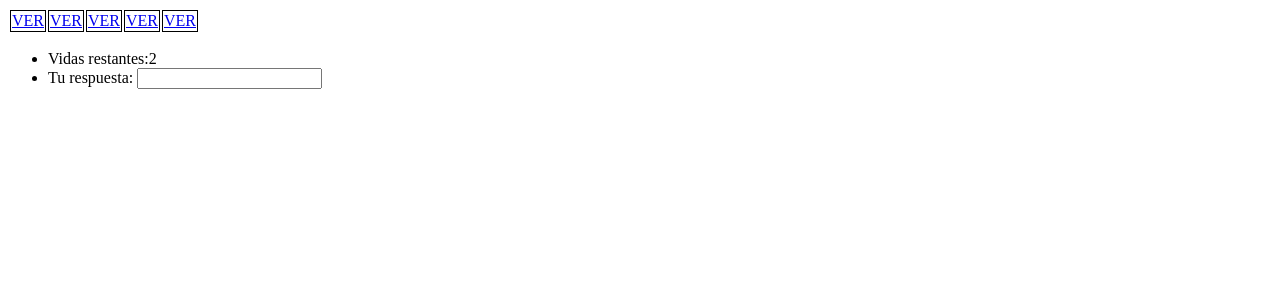
Repository: iruneguinea9/Servidor-Java
Page: http://localhost/PPalabraSecreta/palabra.jsp
An editor plug-in stored every save of this project. The page is shown before and after a run of saves, followed by the edit.
The browser window is 1280 px wide. The pictures show the whole page.
The page is served by Tomcat 10.

Above is the page before, as saved 2023-12-04 09:43:07.

After the next 2 saves:
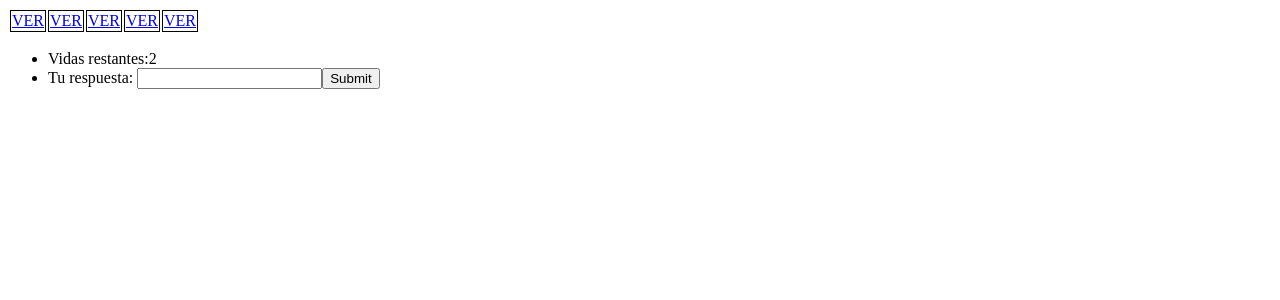
The 2 saves are shown as one change because they came seconds apart.
The last was saved 12 s later.
--- a/Servidor/PPalabraSecreta/src/main/webapp/palabra.jsp
+++ b/Servidor/PPalabraSecreta/src/main/webapp/palabra.jsp
@@ -40,7 +40,7 @@
 			//formulario tu respuesta
 			out.print("<li>Tu respuesta: ");
 			out.print("<input type='text' name='rpta'/>");
-
+			out.print("<input type='submit' name='submit'/>");
 			out.print("</li>");
 			out.print("</form>");
 			out.print("</ul>");
